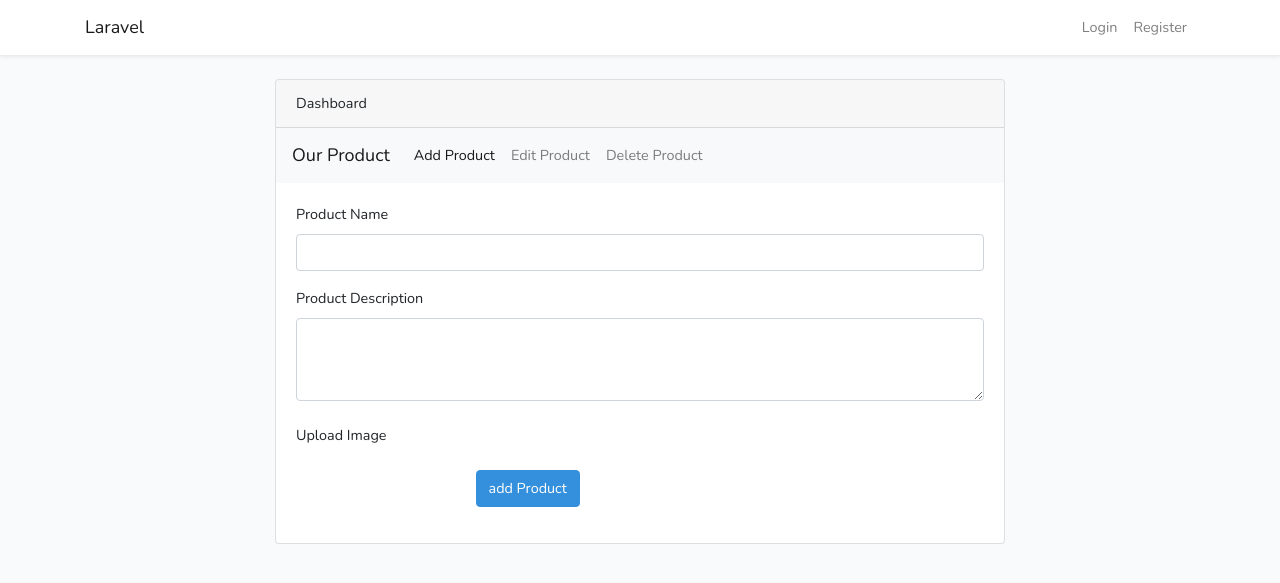
Repository: Fateen980/Tawfiq
Page: resources/views/edit.blade.php
The author's editor kept a copy of each file at every save. The page is drawn from the files as they stood at one save, then again after the next save.
The browser window is 1280 px wide. The pictures show the whole page.
The page is served by the project's Laravel application, run on PHP 8.4 with Laravel 8. Other server files are loaded and not shown. The template is opened directly, without the code that normally fills it, so the values that code supplies are empty.

Above is the page before, as saved 2020-09-18 14:27:25.

### routes/web.php
<?php

use Illuminate\Support\Facades\Route;

/*
|--------------------------------------------------------------------------
| Web Routes
|--------------------------------------------------------------------------
|
| Here is where you can register web routes for your application. These
| routes are loaded by the RouteServiceProvider within a group which
| contains the "web" middleware group. Now create something great!
|
*/

Route::get('/', function () {
    return view('welcome');
});




Auth::routes();

Route::get('/home', 'HomeController@index')->name('home');

Auth::routes();

Route::get('/addProduct', 'HomeController@create')->name('addProduct');

Auth::routes();
Route::post('/addProduct', 'HomeController@store')->name('addProduct');

Auth::routes();

Route::get('/editProduct', 'HomeController@editProduct')->name('editProduct');

Auth::routes();

Route::get('/deleteProduct', 'HomeController@deleteProduct')->name('deleteProduct');

Auth::routes();

Route::get('/delete/{id}', 'HomeController@delete')->name('delete');


Auth::routes();

Route::get('/edit/{id}', 'HomeController@edit')->name('edit');

### resources/views/edit.blade.php
@extends('layouts.app')

@section('content')
<div class="container">
    <div class="row justify-content-center">
        <div class="col-md-8">
            <div class="card">
                <div class="card-header">{{ __('Dashboard') }}</div>


<nav class="navbar navbar-expand-lg navbar-light bg-light">
  <a class="navbar-brand" href="{{ url('/home') }}">Our Product</a>
  <button class="navbar-toggler" type="button" data-toggle="collapse" data-target="#navbarNav" aria-controls="navbarNav" aria-expanded="false" aria-label="Toggle navigation">
    <span class="navbar-toggler-icon"></span>
  </button>
  <div class="collapse navbar-collapse" id="navbarNav">
    <ul class="navbar-nav">
      <li class="nav-item active">
        <a class="nav-link" href="{{ url('/addProduct') }}">Add Product <span class="sr-only">(current)</span></a>
      </li>
      <li class="nav-item">
        <a class="nav-link" href="{{ url('/editProduct') }}">Edit Product</a>
      </li>
      <li class="nav-item">
        <a class="nav-link" href="{{ url('/deleteProduct') }}">Delete Product</a>
      </li>
    </ul>
  </div>
</nav>



<div class="card-body">



  <form  action="" method="post" action="/addProduct" enctype="multipart/form-data">
  {{ csrf_field() }}
  <div class="form-group">
    <label for="productName">Product Name</label>
    <input type="productName" name="productName" required class="form-control" id="productName" >
  </div>


  <div class="form-group">
    <label for="productDesc">Product Description</label>
    <textarea name="productDesc" required class="form-control" id="productDesc" rows="3"></textarea>
  </div>


  <div class="form-group row">
            <label for="gameimageid" class="col-sm-3 col-form-label">Upload Image</label>
            <div class="col-sm-9">
                <input required name="image" type="file" id="gameimageid" class="custom-file-input">
                <span style="margin-left: 15px; width: 480px;" class="custom-file-control"></span>
            </div>
        </div>


        <div class="form-group row">
            <div class="offset-sm-3 col-sm-9">
                <button type="submit" class="btn btn-primary">add Product</button>
            </div>
        </div>

</form>



                </div>
            </div>
        </div>
    </div>
</div>
@endsection

### resources/views/layouts/app.blade.php
<!doctype html>
<html lang="{{ str_replace('_', '-', app()->getLocale()) }}">
<head>
    <meta charset="utf-8">
    <meta name="viewport" content="width=device-width, initial-scale=1">

    <!-- CSRF Token -->
    <meta name="csrf-token" content="{{ csrf_token() }}">

    <title>{{ config('app.name', 'Product') }}</title>

    <!-- Scripts -->
    <script src="{{ asset('js/app.js') }}" defer></script>

    <!-- Fonts -->
    <link rel="dns-prefetch" href="//fonts.gstatic.com">
    <link href="https://fonts.googleapis.com/css?family=Nunito" rel="stylesheet">

    <!-- Styles -->
    <link href="{{ asset('css/app.css') }}" rel="stylesheet">
</head>
<body>
    <div id="app">
        <nav class="navbar navbar-expand-md navbar-light bg-white shadow-sm">
            <div class="container">
                <a class="navbar-brand" href="{{ url('/') }}">
                    {{ config('app.name', 'Product') }}
                </a>
                <button class="navbar-toggler" type="button" data-toggle="collapse" data-target="#navbarSupportedContent" aria-controls="navbarSupportedContent" aria-expanded="false" aria-label="{{ __('Toggle navigation') }}">
                    <span class="navbar-toggler-icon"></span>
                </button>

                <div class="collapse navbar-collapse" id="navbarSupportedContent">
                    <!-- Left Side Of Navbar -->
                    <ul class="navbar-nav mr-auto">

                    </ul>

                    <!-- Right Side Of Navbar -->
                    <ul class="navbar-nav ml-auto">
                        <!-- Authentication Links -->
                        @guest
                            <li class="nav-item">
                                <a class="nav-link" href="{{ route('login') }}">{{ __('Login') }}</a>
                            </li>
                            @if (Route::has('register'))
                                <li class="nav-item">
                                    <a class="nav-link" href="{{ route('register') }}">{{ __('Register') }}</a>
                                </li>
                            @endif
                        @else
                            <li class="nav-item dropdown">
                                <a id="navbarDropdown" class="nav-link dropdown-toggle" href="#" role="button" data-toggle="dropdown" aria-haspopup="true" aria-expanded="false" v-pre>
                                    {{ Auth::user()->name }}
                                </a>

                                <div class="dropdown-menu dropdown-menu-right" aria-labelledby="navbarDropdown">
                                    <a class="dropdown-item" href="{{ route('logout') }}"
                                       onclick="event.preventDefault();
                                                     document.getElementById('logout-form').submit();">
                                        {{ __('Logout') }}
                                    </a>

                                    <form id="logout-form" action="{{ route('logout') }}" method="POST" class="d-none">
                                        @csrf
                                    </form>
                                </div>
                            </li>
                        @endguest
                    </ul>
                </div>
            </div>
        </nav>

        <main class="py-4">
            @yield('content')
        </main>
    </div>
</body>
</html>

Loaded but not shown: app/Http/Controllers/Auth/LoginController.php (common file); app/Http/Controllers/Controller.php (common file); app/Http/Controllers/Auth/ConfirmPasswordController.php (common file); public/css/app.css (library)

After the next save:
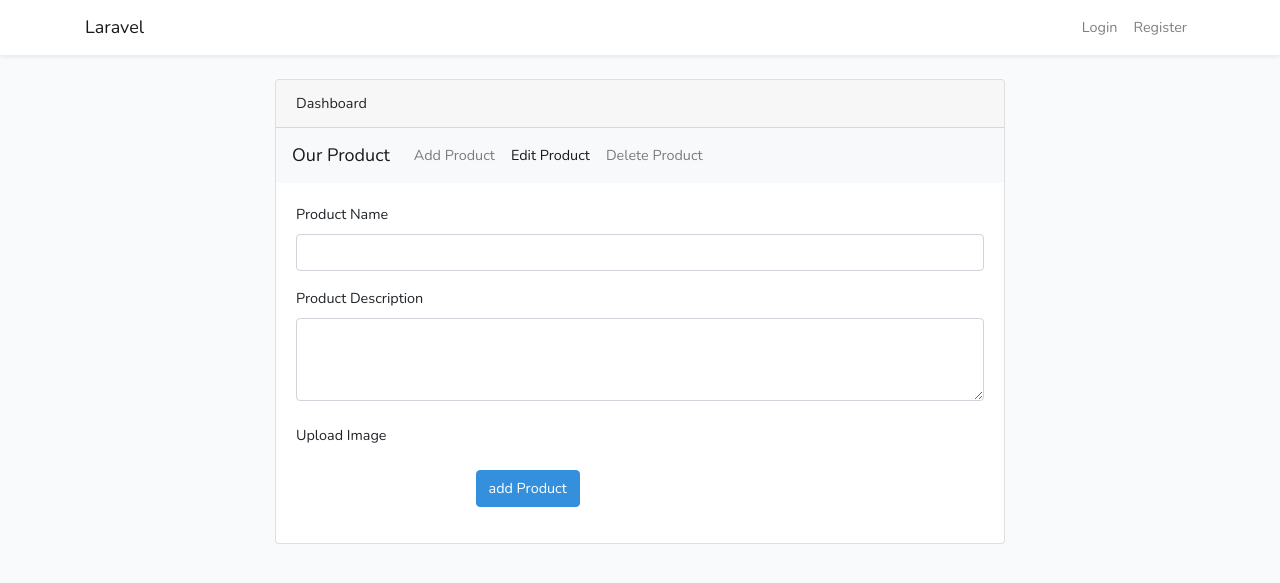
Saved 24 s later.
--- a/resources/views/edit.blade.php
+++ b/resources/views/edit.blade.php
@@ -15,10 +15,10 @@
   </button>
   <div class="collapse navbar-collapse" id="navbarNav">
     <ul class="navbar-nav">
-      <li class="nav-item active">
+      <li class="nav-item ">
         <a class="nav-link" href="{{ url('/addProduct') }}">Add Product <span class="sr-only">(current)</span></a>
       </li>
-      <li class="nav-item">
+      <li class="nav-item active">
         <a class="nav-link" href="{{ url('/editProduct') }}">Edit Product</a>
       </li>
       <li class="nav-item">
